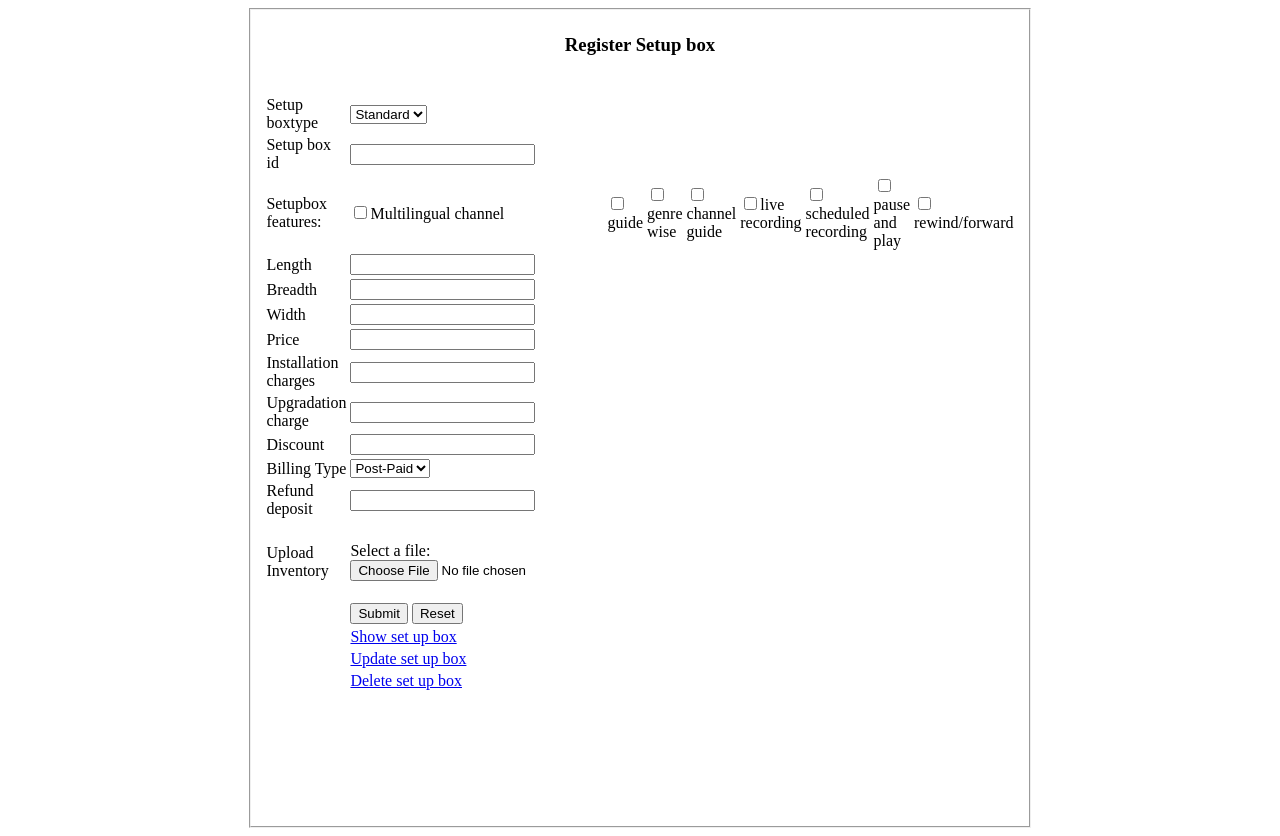
Repository: a18wheeler/TCS-Edison
Page: http://localhost/DTH1/
An editor plug-in stored every save of this project. The page is shown before and after the next save, followed by the edit.
The browser window is 1280 px wide. The pictures show the whole page.
The page is served by Tomcat 9.

Above is the page before, as saved 2019-10-16 18:01:38.

After the next save:
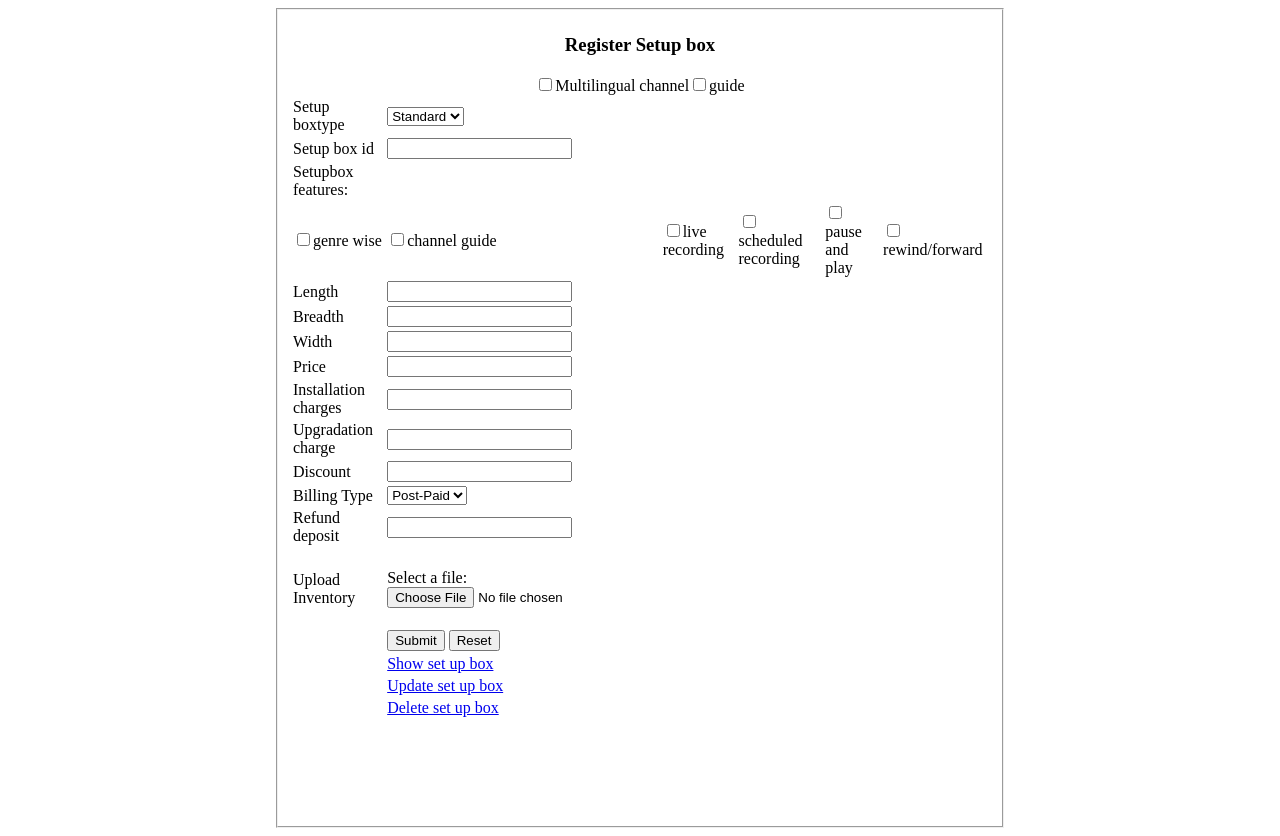
Saved 109 s later.
--- a/playground/DTH1/WebContent/index.jsp
+++ b/playground/DTH1/WebContent/index.jsp
@@ -69,15 +69,16 @@ Setup box id
 </tr>
 <tr><td>
 Setupbox features:</td>
-<td>
+<td></tr>
+<tr>
 <input type="checkbox" name="lang" value="Multilingual channel" />Multilingual channel</td>
-<td><input type="checkbox" name="lang" value="guide" />guide</td>
-<td><input type="checkbox" name="lang" value="genre wise"/ >genre wise</td>
-<td><input type="checkbox" name="lang" value="channel guide"/>channel guide</td>
-<td><input type="checkbox" name="lang" value=" live recording"/>live recording</td>
-<td><input type="checkbox" name="lang" value="recording"/ >scheduled recording</td>
-<td><input type="checkbox" name="lang" value="pause"/>pause and play</td>
-<td><input type="checkbox" name="lang" value=" rewind"/>rewind/forward</td>
+<input type="checkbox" name="lang" value="guide" />guide
+<td><input type="checkbox" name="lang" value="genre wise"/ >genre wise
+<td><input type="checkbox" name="lang" value="channel guide"/>channel guide
+<td><input type="checkbox" name="lang" value=" live recording"/>live recording
+<td><input type="checkbox" name="lang" value="recording"/ >scheduled recording
+<td><input type="checkbox" name="lang" value="pause"/>pause and play
+<td><input type="checkbox" name="lang" value=" rewind"/>rewind/forward
 </tr>
 <tr>
 <td>
